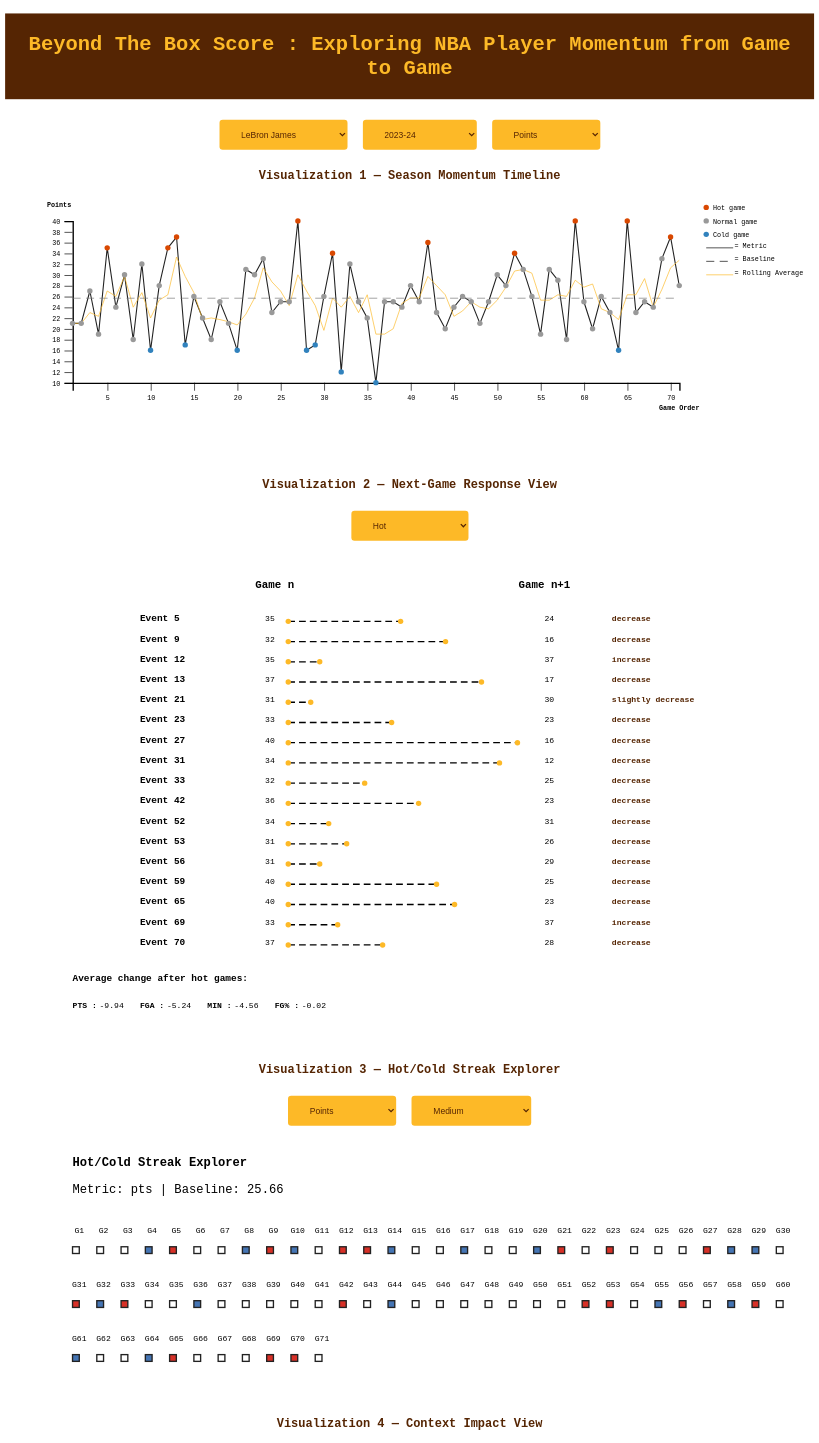
Repository: houdafatih/Data-Viz-Project
Page: index.html
The author's editor kept a copy of each file at every save. The page is drawn from the files as they stood at one save, then again after the next save.
The browser window is 1280 px wide. The pictures show the whole page, at 64% of full size.

Above is the page before, as saved 2026-06-21 02:48:01.

### index.html
<!DOCTYPE html>
<html>
   <head>
    <meta charset="UTF-8"/>
    <title>Beyond The Box Score</title>
    <link rel="stylesheet" href="style.css" >
  </head>
  <body>
     <h1>Beyond The Box Score : Exploring NBA Player Momentum from Game to Game</h1>

     <div class="selection">
        <select id="playerSelect">
            <option selected disabled>Select a Player</option>
        </select>

        <select id="seasonSelect">
            <option selected disabled>Select a Season</option>
        </select>

        <select id="metricSelect">
            <option selected disabled>Select a metric</option>
            <option value="pts">Points</option>
            <option value="fga">FGA</option>
            <option value="min">Minutes</option>
            <option value="fg_pct">FG%</option>
            <option value="plus_minus">Plus/Minus</option>
        </select>
     </div>

     <h3>Visualization 1 — Season Momentum Timeline</h3>
     <div id="vizual1"></div>

     <h3>Visualization 2 — Next-Game Response View</h3>
     <div class="selection">
        <select id="performanceSelect">
            <option selected disabled>Select event type</option>
            <option value="all">All</option>
            <option value="hot">Hot</option>
            <option value="cold">Cold</option>
            <option value="normal">Normal</option>
        </select>
     </div>
     <div id="vizual2"></div>

     <h3>Visualization 3 — Hot/Cold Streak Explorer</h3>
     <div class="selection">
        <select id="metricSelectV3">
            <option selected disabled>Select a metric</option>
            <option value="pts">Points</option>
            <option value="fga">FGA</option>
            <option value="min">Minutes</option>
            <option value="fg_pct">FG%</option>
            <option value="plus_minus">Plus/Minus</option>
        </select>
        <select id="thresholdSelect">
        <option selected disabled>Select a threshold</option>
            <option value="loose">Loose</option>
            <option value="medium">Medium</option>
            <option value="strict">Strict</option>
        </select>
     </div>
     <div id="vizual3"></div>


     <h3>Visualization 4 — Context Impact View</h3>
     <div id="vizual4"></div>

  </body>
  <script src="https://d3js.org/d3.v7.min.js"></script>
  <script type="module" src="index.js"></script>
</html>

### style.css
body{
    padding: 0px;
}
h1{
  text-align: center;
  font-size: 2rem;
  font-family: "Courier New", Courier, monospace;
  color : #fdb927;
  background-color: #552503;
  padding: 30px;

}
.selection{
    text-align: center;
}
select{
    margin: 10px;
    padding: 15px 30px;
    border-radius: 5px;
    border: none;
    background: #fdb927;
    color:#552503;

}
select option:hover{
    background-color: #fdb927;
}



h3{
    color: #552503;
    font-family: "Courier New", Courier, monospace;
    text-align: center;
}
.tick{
    font-size: 5px;
}
line{
    stroke-width: 0.5px;
}
.label{
    color: #552503;
    font-family: "Courier New", Courier, monospace;
    font-weight: bold;
}

.tooltip{
    position: fixed;
    background: wheat;
    border: 1px solid #ccc;
    padding: 10px;
    font-size: 15px;
    opacity: 0;
    pointer-events: none;

}
text{
    font-family: "Courier New", Courier, monospace;
}
.tooltip2{
    position: fixed;
    background: #fdb927;
    border: 1px solid #ccc;
    padding: 10px;
    font-size: 15px;
    visibility: hidden;
    pointer-events: none;
}
.line2{
    stroke-width: 1px;
}

### index.js
import {playersData,seasonData} from "./scripts/utils.js";
import { drawVisualization1 } from "./scripts/visualization1.js";
import { drawVisualization2 } from "./scripts/visualization2.js";
import { drawVisualization3 } from "./scripts/visualization3.js";

d3.csv("data/nba.csv").then(function(data){

   data.forEach(element => {
        element.player_id = +element.player_id
        element.game_index = +element.game_index
        element.pts = +element.pts
        element.fga = +element.fga
        element.min = +element.min
        element.fg_pct = +element.fg_pct
        element.plus_minus = +element.plus_minus
        element.next_pts = +element.next_pts
        element.next_fga = +element.next_fga
        element.next_min = +element.next_min
        element.next_fg_pct = +element.next_fg_pct
        element.rolling_pts_avg_3 = +element.rolling_pts_avg_3
        element.baseline_pts = +element.baseline_pts
        element.pts_diff_from_baseline = +element.pts_diff_from_baseline
        element.streak_length = +element.streak_length
   });

   playersData(data)
   seasonData(data)

   const nba_data = data

   d3.select("#playerSelect").property("value",nba_data[0].player_name)

   d3.select("#seasonSelect").property("value",nba_data[0].season_year)

   d3.select("#metricSelect").property("value","pts")

   d3.select("#performanceSelect").property("value","hot")

   d3.select("#metricSelectV3").property("value","pts")

   d3.select("#thresholdSelect").property("value","medium")

   updateVisualizations(nba_data)


   d3.select("#playerSelect").on("change",() => updateVisualizations(nba_data))
   d3.select("#seasonSelect").on("change",() => updateVisualizations(nba_data))
   d3.select("#metricSelect").on("change",() => updateVisualizations(nba_data))
   d3.select("#performanceSelect").on("change",() => updateVisualizations(nba_data))
   d3.select("#metricSelectV3").on("change",() => updateVisualizations(nba_data))
   d3.select("#thresholdSelect").on("change",() => updateVisualizations(nba_data))

})

function updateVisualizations(nba_data){
    const player = d3.select("#playerSelect").property("value")
    const season = d3.select("#seasonSelect").property("value")
    const metric = d3.select("#metricSelect").property("value")

    const eventT = d3.select("#performanceSelect").property("value")

    const metricv3 = d3.select("#metricSelectV3").property("value")
    const threshold =d3.select("#thresholdSelect").property("value")

    if(player === "Select a Player" || season === "Select a Season" || metric === "Select a metric"){
        return
    }

    let data_filter = nba_data.filter(d => d.player_name === player && d.season_year == season)
    drawVisualization1(data_filter,"#vizual1",metric)

    if(eventT === "Select event type"){
        return
    }
    drawVisualization2(data_filter,"#vizual2",metric,eventT)

    if(metricv3 === "Select a metric" || threshold === "Select a threshold"){
        return
    }
    drawVisualization3(data_filter,"#vizual3",metricv3,threshold)
}

### scripts/utils.js
export function playersData(data){
    const players_list = [...new Set(data.map(dt => dt.player_name))]

    d3.select("#playerSelect").selectAll(".players-options").data(players_list)
    .enter().append("option").attr("class","players-options").attr("value",dt=>dt).text(dt => dt)
}

export function seasonData(data){
    const seasons_list = [...new Set(data.map(dt => dt.season_year))]
    d3.select("#seasonSelect").selectAll(".seasons-options").data(seasons_list)
    .enter().append("option").attr("class","seasons-options").attr("value",dt=>dt).text(dt => dt)
}

### scripts/visualization1.js
export function drawVisualization1(data,id,metric){
     if(data.length === 0) {
        clearCanvas(id)
        return
    }
     const canvas = createCanvas()

     clearCanvas(id)

     const svg = addSvg(id,canvas)
     const sc = addScales(data,canvas,metric)

     addAxes(svg,sc,canvas)
     addMetricLine(svg,sc,data,metric)
     addAverageLine(svg,sc,data,metric)
     addBaselineLine(svg,sc,data,metric)
     addPoints(svg,sc,data,metric)
     addLabels(svg,canvas,metric)

     addLegends(svg,canvas)
}

function createCanvas(){
    return{
        width : 600, height: 200, margin:{top: 20,right:100, bottom:60, left:50}
    }
}

function clearCanvas(id){
    d3.select(id).html("")
}

function addSvg(id,canvas){
    return d3.select(id).append("svg").attr("viewBox",`0 0 ${canvas.width} ${canvas.height}`)
}

function addScales(data,canvas,metric){
    const xScale =
    d3.scaleLinear().domain(d3.extent(data,dt => dt.game_index))
    .range([canvas.margin.left,canvas.width - canvas.margin.right])

    const yScale =
      d3.scaleLinear().domain([d3.min(data,d => d[metric]),d3.max(data,d => d[metric])])
      .nice().range([canvas.height - canvas.margin.bottom,canvas.margin.top])

    return {xScale,yScale}
}

function addAxes(svg, scales, canvas){
    svg.append("g").attr("transform",`translate(0, ${canvas.height - canvas.margin.bottom})`)
    .call(d3.axisBottom(scales.xScale))

    svg.append("g").attr("transform",`translate(${canvas.margin.left},0)`)
    .call(d3.axisLeft(scales.yScale))
}

function addMetricLine(svg,scales,data,metric){
    let line = d3.line().x(d => scales.xScale(d.game_index)).y(d => scales.yScale(d[metric]))

    svg.append("path").datum(data).attr("fill","none").attr("stroke","#222")
     .attr("stroke-width",0.8).attr("d",line)
}

function addAverageLine(svg,scales,data,metric){
    if(metric != "pts") return
    let avg_line = d3.line().x(d => scales.xScale(d.game_index)).y(d => scales.yScale(d.rolling_pts_avg_3))

    svg.append("path").datum(data).attr("fill","none").attr("stroke","#fdb927")
     .attr("stroke-width",0.5).attr("d",avg_line)
}

function addBaselineLine(svg,scales,data,metric){

    let base_line = d3.mean(data,d => d[metric])


    svg.append("line")
    .attr("x1",scales.xScale(d3.min(data,dt => dt.game_index))).attr("x2",scales.xScale(d3.max(data,dt => dt.game_index)))
    .attr("y1",scales.yScale(base_line)).attr("y2",scales.yScale(base_line))
    .attr("stroke","#777").attr("stroke-dasharray","6 4")
}

function addPoints(svg,scales,data,metric){
    const tooltip = toolTip()

    svg.selectAll("circle").data(data).enter()
     .append("circle").attr("class","game-pt")
     .attr("cx", d => scales.xScale(d.game_index))
     .attr("cy",d => scales.yScale(d[metric]))
     .attr("r",2).attr("fill",d => colorPoint(d.performance_label))
     .on("mouseover",function(event,d){
        d3.select(this).attr("r",3)
        tooltip.style("opacity",1).html(tooltipInformations(d))
     })
     .on("mousemove",function(event){
        tooltip.style("left",event.clientX+15+"px")
          .style("top",event.clientY-20+"px")
     })
     .on("mouseout",function(){
        d3.select(this)
        .attr("r",2)
        tooltip.style("opacity",0)
     })
     //.on("click",function(event,d){
       // highlightGameandNextGame(svg,data,d)
    // })



}

function colorPoint(perf){
    if(perf === "hot") return "#d94801"
    if(perf === "cold") return "#3182bd"
    return "#999"
}

function addLabels(svg,canvas,metric){
    svg.append("text").attr("class","label")
    .attr("x",canvas.width - 100).attr("y",canvas.height-40)
    .attr("text-anchor","middle").attr("font-size","5px")
    .text("Game Order")

    svg.append("text").attr("class","label")
    .attr("x",40).attr("y",10)
    .attr("text-anchor","middle").attr("font-size","5px")
    .text(metricName(metric))
}

function metricName(metric){
    if(metric === "pts") return "Points"
    if(metric === "fga") return "Field Goal Attempts"
    if(metric === "min") return "Minutes"
    if(metric === "fg_pct") return "Field Goal Percentage"
    if(metric === "plus_minus") return "Plus / Minus"
}

function addLegends(svg,canvas){
    const lg = svg.append("g").attr("transform",
        `translate(${canvas.width - canvas.margin.right+20},${canvas.margin.top-10})`)


    lg.append("circle").attr("cx",0).attr("cy",0).attr("r",2).attr("fill","#d94801")
    lg.append("text").attr("x",5).attr("y",2).text("Hot game").attr("font-size","5px")

    lg.append("circle").attr("cx",0).attr("cy",10).attr("r",2).attr("fill","#999")
    lg.append("text").attr("x",5).attr("y",12).text("Normal game").attr("font-size","5px")

    lg.append("circle").attr("cx",0).attr("cy",20).attr("r",2).attr("fill","#3182bd")
    lg.append("text").attr("x",5).attr("y",22).text("Cold game").attr("font-size","5px")


    lg.append("line").attr("x1",0).attr("x2",20).attr("y1",30).attr("y2",30)
    .attr("stroke","black").attr("stroke-width",2)
    lg.append("text").attr("x",21).attr("y",30).text(" = Metric").attr("font-size","5px")

    lg.append("line").attr("x1",0).attr("x2",20).attr("y1",40).attr("y2",40)
    .attr("stroke","black").attr("stroke-dasharray","6 4")
    lg.append("text").attr("x",21).attr("y",40).text(" = Baseline").attr("font-size","5px")

    lg.append("line").attr("x1",0).attr("x2",20).attr("y1",50).attr("y2",50)
    .attr("stroke-width",2).attr("stroke","#fdb927")
    lg.append("text").attr("x",21).attr("y",50).text(" = Rolling Average").attr("font-size","5px")
}

function toolTip(){
    let tooltip = d3.select("body").select(".tooltip")
    if(tooltip.empty()){
        tooltip = d3.select("body").append("div").attr("class","tooltip")
    }

    return tooltip
}

function tooltipInformations(data){
    return `<strong> Game ${data.game_index} </strong><br>
            Date : ${data.game_date}<br>
            Home/Away : ${data.home_away}<br>
            Points : ${data.pts}<br>
            Minutes : ${data.min}<br>
            FGA : ${data.fga}<br>
            Next Game Points : ${data.next_pts}<br>`
}

function highlightGameandNextGame(svg,data,selected){
    const nextG = data.find(d => d.game_index === selected.game_index + 1)

    svg.selectAll(".game-point").attr("r",8).attr("stroke","none").attr("opacity",0.4)

    svg.selectAll(".game-point").filter(d => d.game_index === selected.game_index)
    .attr("stroke","black").attr("stroke-width",3).attr("r",5).attr("opacity",1)

    if(nextG){
        svg.selectAll(".game-point").filter(d => d.game_index === nextG.game_index)
       .attr("stroke","#3182bd").attr("stroke-width",3).attr("r",8).attr("opacity",1)
    }
}

### scripts/visualization2.js
export function drawVisualization2(data,id,metric,eventT){
    if(data.length === 0) {
        clearCanvas(id)
        return
    }


     let new_data = createData(data,metric)

     if(eventT !== "all"){
        new_data = new_data.filter(d => performance_filter(d.current_g,data,metric) === eventT)
     }

     const canvas = createCanvas(new_data)

     clearCanvas(id)

     const svg = addSvg(id,canvas)

     draw_Header(svg,200,400)
     draw_Rows(svg,new_data,200,400,canvas.margin,15)
     addSummaryCard(svg,new_data,eventT,canvas)

}
function createCanvas(new_data){
    return{
        width : 600, height: 100 + new_data.length *16 , margin:{top: 20,right:100, bottom:60, left:50}
    }
}

function clearCanvas(id){
    d3.select(id).html("")
}

function addSvg(id,canvas){
    return d3.select(id).append("svg").attr("viewBox",`0 0 ${canvas.width} ${canvas.height}`)
}

function createData(data,metric){
   const new_data = data.slice().sort((a,b) => a.game_index - b.game_index)

   return new_data.slice(0,-1).map((d,j) => {
      const nextG = new_data[j+1]

      return {
        eventN: j+1,
        game_idx : d.game_index,
        nextg_index : nextG.game_index,
        current_v: d[metric],
        next_v : nextG[metric],
        difference : nextG[metric] - d[metric],
        current_g : d,
        next_g : nextG
      }
   })
}

function draw_Header(svg,left,right){
    svg.append("text").attr("x",left).attr("y",30)
    .attr("text-anchor","middle").attr("font-weight","bold").attr("font-size","8px").text("Game n")

    svg.append("text").attr("x",right).attr("y",30)
    .attr("text-anchor","middle").attr("font-weight","bold").attr("font-size","8px").text("Game n+1")

}

function draw_Rows(svg,new_data,left,right,margin,r_height){
    const tooltip = toolTip2(new_data)

    const rows = svg.selectAll(".response-row").data(new_data).enter()
     .append("g").attr("class","response-row")
     .attr("transform",(d,j) => `translate(0,${margin.top+j*r_height})`)

    rows.append("text").attr("x",100).attr("y",35).text(d =>`Event ${d.eventN}` )
     .attr("font-size","7px").attr("font-weight","bold")
    rows.append("text").attr("x",left).attr("y",35).attr("text-anchor","end").text(d => d.current_v).attr("font-size","6px")

    const line_scale = d3.scaleLinear().domain([0,d3.max(new_data, d => Math.abs(d.difference))]).range([20,180])

    rows.append("line").attr("x1",left+10).attr("class","line2")
    .attr("x2",d => { const l= line_scale(Math.abs(d.difference))
        return left+l

    })
    .attr("y1",35).attr("y2",35).attr("stroke","black").attr("stroke-dasharray","5 3")
    .on("mouseover",function(event,d){
        tooltip.style("visibility","visible").html(tooltipInformations2(d))
     })
     .on("mousemove",function(event){
        tooltip.style("left",event.clientX+15+"px")
          .style("top",event.clientY-20+"px")
     })
     .on("mouseout",function(){
        tooltip.style("visibility","hidden")
     })

    rows.append("circle").attr("cx",left+10).attr("cy",35).attr("r",2).attr("fill","#fdb927")
    rows.append("circle").attr("cx",d => { const l= line_scale(Math.abs(d.difference))
        return left+l

    }).attr("cy",35).attr("r",2).attr("fill","#fdb927")

    rows.append("text").attr("x",right).attr("y",35).text(d => d.next_v).attr("font-size","6px")

    rows.append("text").attr("x",right+50).attr("y",35).text(d => difference_label(d.difference))
    .attr("font-size","6px").attr("fill","#552503").attr("font-weight","bold")

}

function difference_label(diff){
    if(diff > 1) return "increase"
    if(diff < -1) return "decrease"
    if(diff < 0) return "slightly decrease"
    if(diff > 0) return "slightly increase"
    return "stable"
}

function performance_filter(d,data,metric){
   const bLine = d3.mean(data,dt => dt[metric])
   const th = Math.abs(bLine) * 0.2
   const dv = d[metric] - bLine

   if(dv > th) return "hot"
   if(dv < -th) return "cold"
   return "normal"
}

function addSummaryCard(svg,new_data,eventT,canvas){

    svg.append("text").attr("x",50).attr("y",canvas.height-50)
    .attr("font-weight","bold").text(`Average change after ${eventT} games:`).attr("font-size","7px")

    const metrics_change = new_data.map(d => {
        const pts = d.current_g["next_pts"] - d.current_g["pts"]
        const fga = d.current_g["next_fga"] - d.current_g["fga"]
        const min = d.current_g["next_min"] - d.current_g["min"]
        const fg_pct = d.current_g["next_fg_pct"] - d.current_g["fg_pct"]

        return {"pts":pts,"fga":fga,"min":min,"fg_pct":fg_pct}
    })

    const means = [
        {"avg":d3.mean(metrics_change,d => d.pts),"name":"PTS"},
        {"avg":d3.mean(metrics_change,d => d.fga),"name":"FGA"},
        {"avg":d3.mean(metrics_change,d => d.min),"name":"MIN"},
        {"avg":d3.mean(metrics_change,d => d.fg_pct),"name":"FG%"}
    ]

    means.forEach((element,i) => {
        let position = canvas.margin.left+i*50
        svg.append("text").attr("x",position).attr("y",canvas.height-30)
        .attr("font-size","6px").attr("font-weight","bold")
        .text(`${element.name} : `)
        svg.append("text").attr("x",position+20).attr("y",canvas.height-30)
        .attr("font-size","6px")
        .text(`${element.avg.toFixed(2)}`)

    });

}

function toolTip2(){
    let tooltip = d3.select("body").select(".tooltip2")
    if(tooltip.empty()){
        tooltip = d3.select("body").append("div").attr("class","tooltip2")
    }

    return tooltip
}

function tooltipInformations2(data){
    console.log(data)
    return `<strong> Game n - Date: ${data.current_g["game_date"]} </strong><br>
            <strong> Game n - Opponent: ${data.current_g["opponent"]} </strong><br>
            <strong> Game n - Points: ${data.current_g["pts"]} </strong><br>
            <strong> Game n+1 - Date: ${data.next_g["game_date"]} </strong><br>
            <strong> Game n+1 - Opponent: ${data.next_g["opponent"]} </strong><br>
            <strong> Game n+1 - Points: ${data.next_g["pts"]} </strong><br>
    `
}

### scripts/visualization3.js
export function drawVisualization3(data,id,metric,threshold){
     if(data.length === 0) {
        clearCanvas(id)
        return
    }
     const canvas = createCanvas()

     clearCanvas(id)

     const svg = addSvg(id,canvas)

     const baseline_classif = calculateBaselineAndClassifyGames(data,metric)
     const scale = colorScale()

     addTitle(svg,canvas,baseline_classif.baseline,metric)

     addLablels(svg,baseline_classif.classification,canvas)

     addCells(svg,baseline_classif.classification,canvas,scale)

}

function createCanvas(){
    return{
        width : 600, height: 200, margin:{top: 20,right:100, bottom:60, left:50}
    }
}

function clearCanvas(id){
    d3.select(id).html("")
}

function addSvg(id,canvas){
    return d3.select(id).append("svg").attr("viewBox",`0 0 ${canvas.width} ${canvas.height}`)
}

function calculateBaselineAndClassifyGames(data,metric)
{
  const baseline = d3.mean(data,dt=> dt[metric])

  const classification = data.map((d,j)=> {
    let perf_label = ""
    if(d[metric] > baseline + 5){
        perf_label = "hot"
    }else if(d[metric] < baseline - 5){
        perf_label = "cold"
    }
    else perf_label = "normal"

    return {
        ...d,
        g_num : j+1,
        perf_label:perf_label,
        difference : d[metric] - baseline
    }
  })

    return{
        baseline : baseline,
        classification : classification
    }
}

function colorScale(){
    const color_sc = d3.scaleOrdinal()
    .domain(["hot","normal","cold"])
    .range(["#d73027","#fff","#4575b4"])
    return color_sc
}

function addTitle(svg,canvas,baseline,metric){
    svg.append("text").attr("x",canvas.margin.left).attr("y",25).attr("font-size","9px")
    .attr("font-weight","bold").text("Hot/Cold Streak Explorer")

    svg.append("text").attr("x",canvas.margin.left).attr("y",45).attr("font-size","9px")
    .text(`Metric: ${metric} | Baseline: ${baseline.toFixed(2)}`)
}

function addLablels(svg, classification,canvas){
    const num = 30
    svg.selectAll(".game-label").data(classification).enter().append("text").attr("class","game-label")
    .attr("x",(d,j) => canvas.margin.left + (j%num) * 18 + 10 /2).attr("y",(d,j) => 75 + (Math.floor(j/num))*40)
    .attr("text-anchor","middle").attr("font-size","6px").text(d => `G${d.g_num}`)
}

function addCells(svg, classification,canvas,scale){
    const num = 30
    svg.selectAll(".game-cell").data(classification).enter().append("rect").attr("class","game-cell")
    .attr("x",(d,j) => canvas.margin.left + (j%num) * 18).attr("y",(d,j) => 85 + (Math.floor(j/num))*40).attr("width",5).attr("height",5)
    .attr("fill",d => scale(d.perf_label)).attr("stroke","#222").attr("stroke-width",1)
}

After the next save:
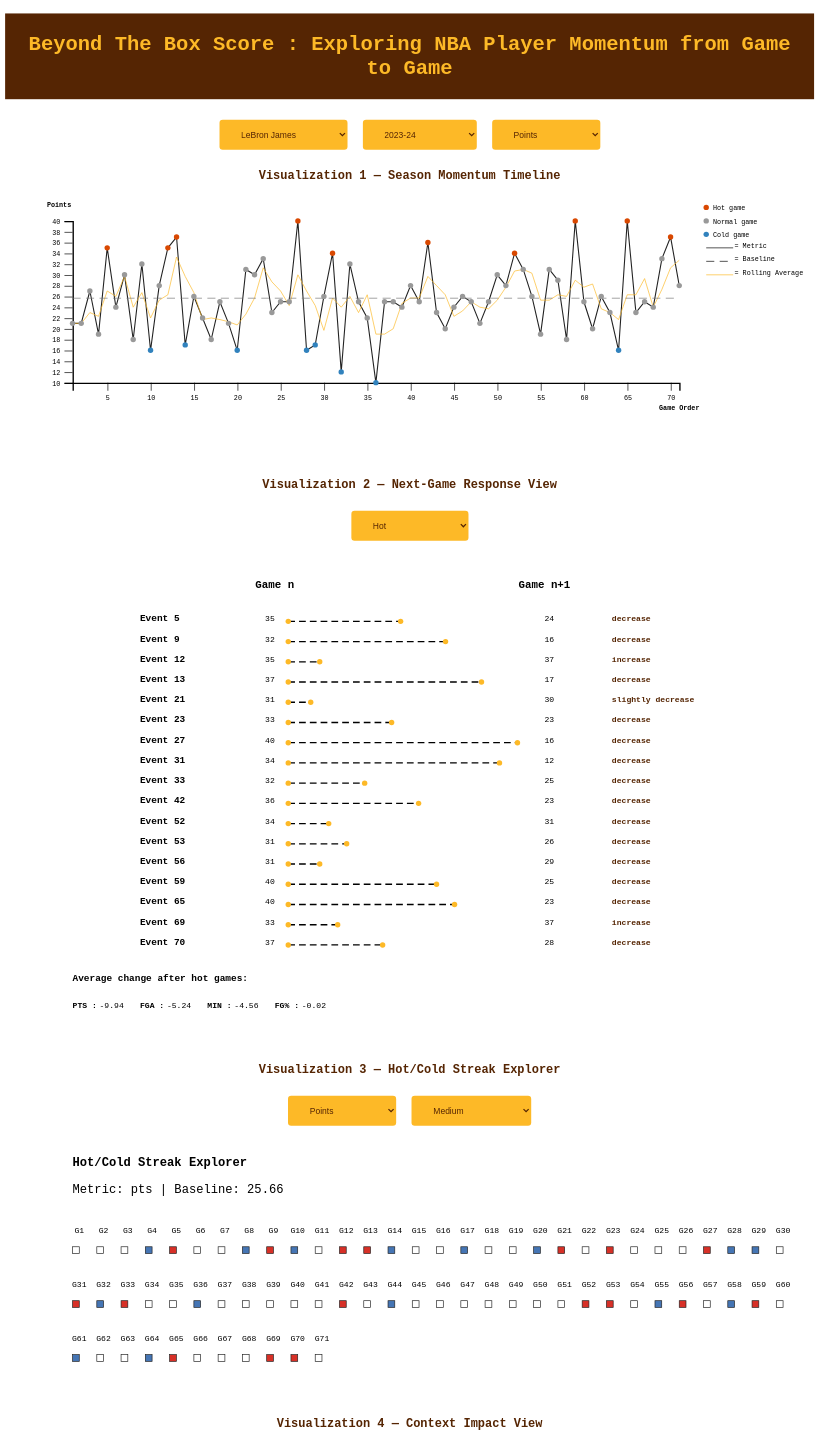
Saved 12 s later.
--- a/scripts/visualization3.js
+++ b/scripts/visualization3.js
@@ -87,5 +87,5 @@
     const num = 30
     svg.selectAll(".game-cell").data(classification).enter().append("rect").attr("class","game-cell")
     .attr("x",(d,j) => canvas.margin.left + (j%num) * 18).attr("y",(d,j) => 85 + (Math.floor(j/num))*40).attr("width",5).attr("height",5)
-    .attr("fill",d => scale(d.perf_label)).attr("stroke","#222").attr("stroke-width",1)
+    .attr("fill",d => scale(d.perf_label)).attr("stroke","#222").attr("stroke-width",0.5)
 }
